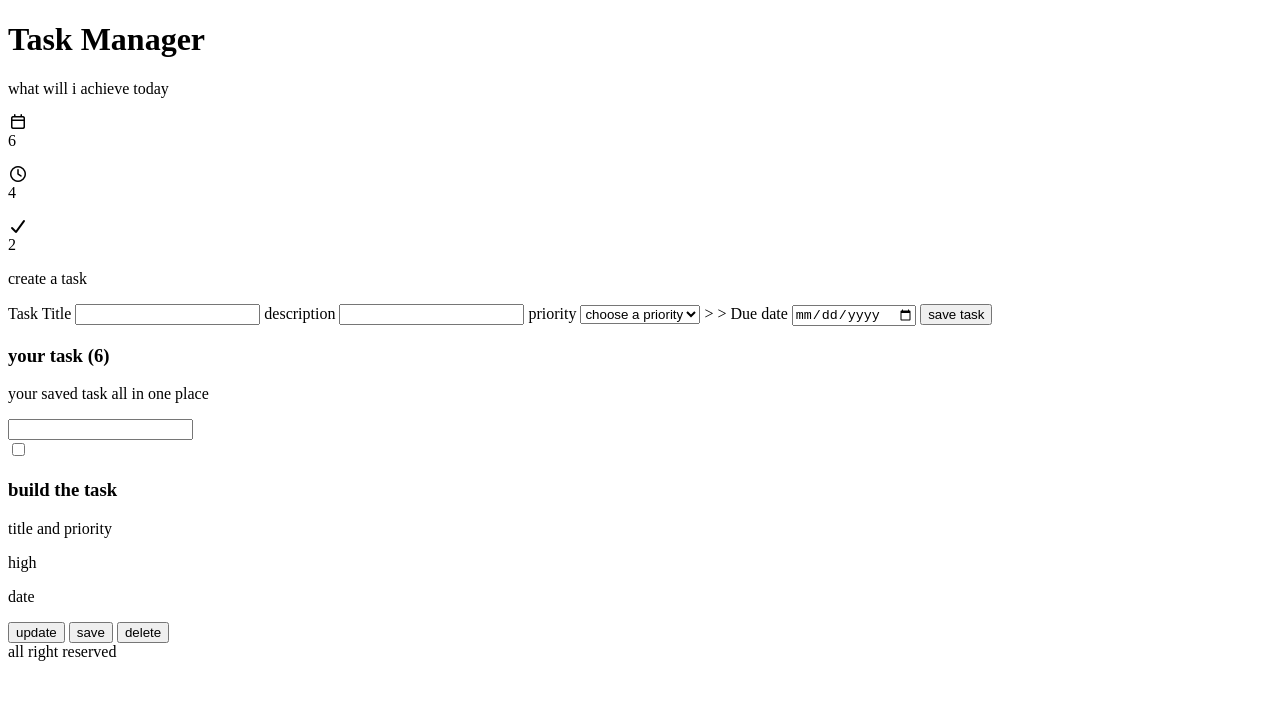
Repository: XDENTERTAINMENT/task-manager-groupwork
Page: index.html
The author's editor kept a copy of each file at every save. The page is drawn from the files as they stood at one save, then again after a run of saves.
The browser window is 1280 px wide. The pictures show the whole page.

Above is the page before, as saved 2026-10-23 21:30:06.

After the next 2 saves:
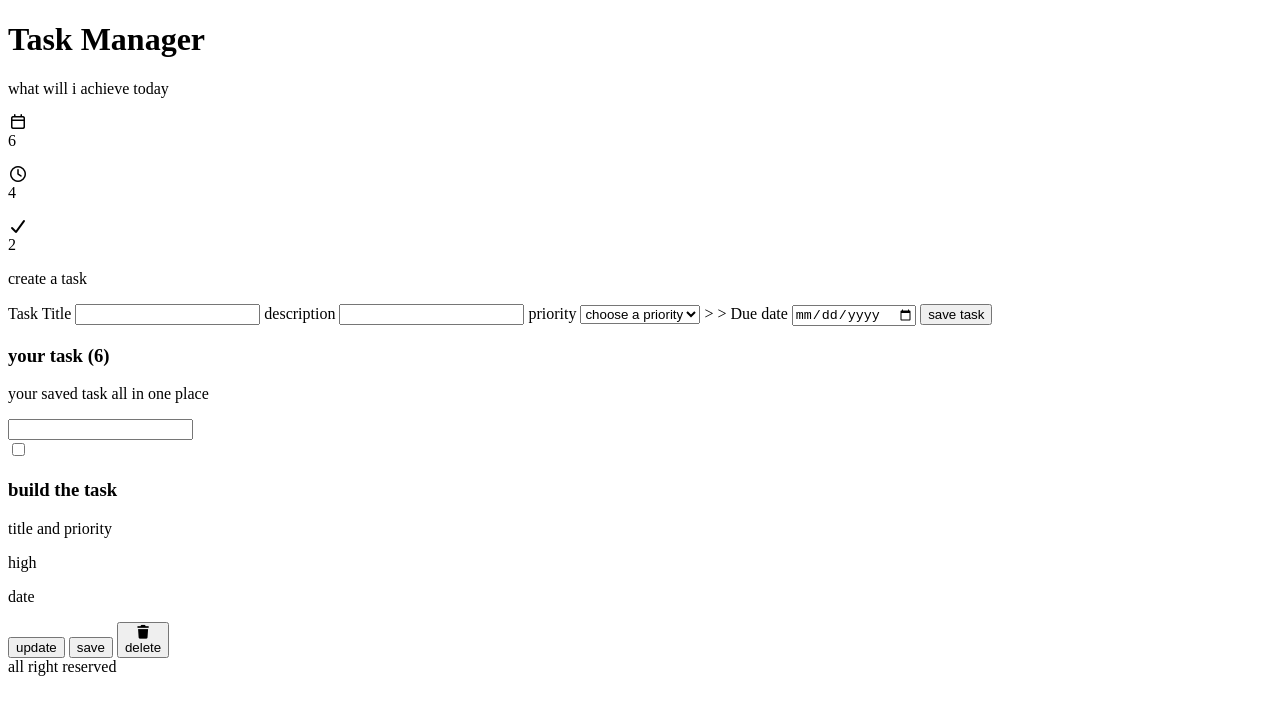
The 2 saves are shown as one change because they came seconds apart.
The last was saved 98 s later.
--- a/index.html
+++ b/index.html
@@ -97,7 +97,7 @@
          <div>
             <button>update</button>
             <button  class="save"> save</button>
-            <button class="delete"> delete</button>
+            <button class="delete"> <div><i class="fa-solid fa-trash"></i></div>delete</button>
 
          </div>
 
